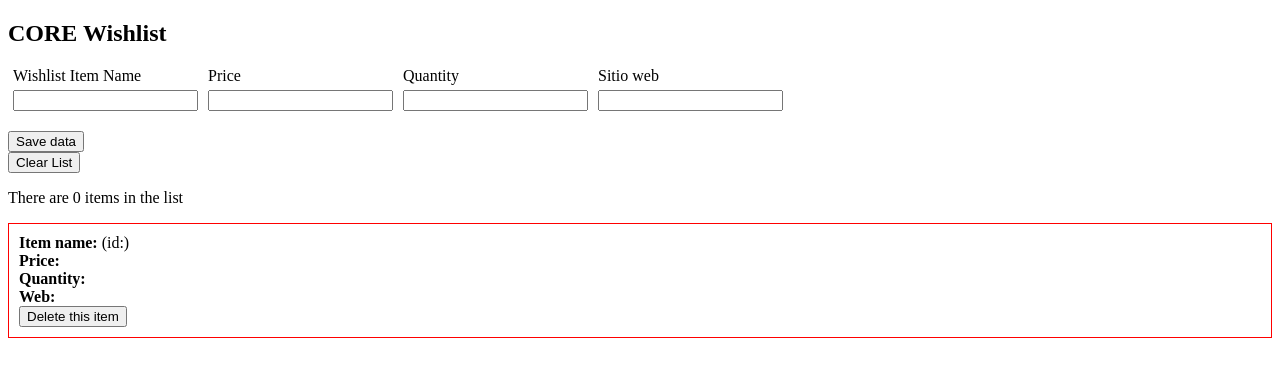
Repository: MrGPalo/pair-programming-corecode
Page: /
The author's editor kept a copy of each file at every save. The page is drawn from the files as they stood at one save, then again after the next save.
The browser window is 1280 px wide. The pictures show the whole page.
The project was rebuilt for these pictures with package versions that can differ from the ones it lists, and the page was loaded fresh each time.

Above is the page before, as saved 2022-02-08 16:38:34.

After the next save:
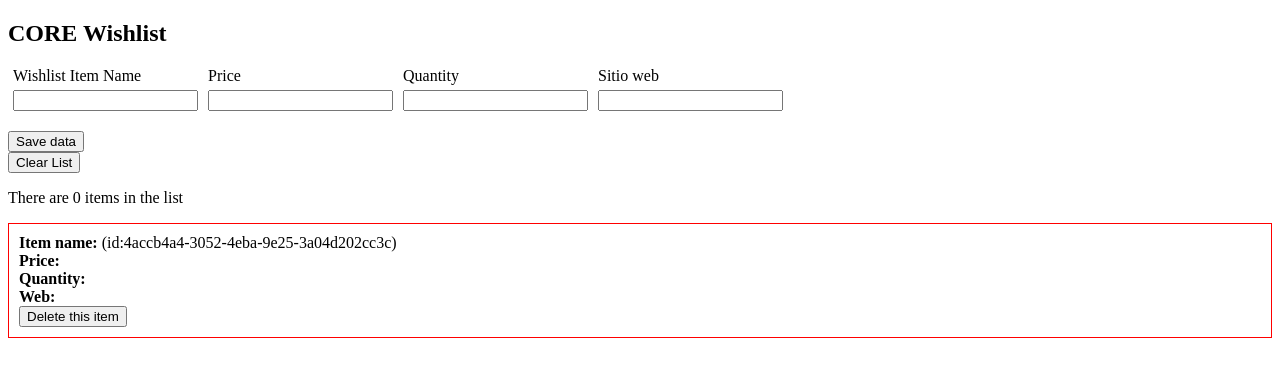
Saved 7 min 24 s later.
--- a/src/components/ItemsList.tsx
+++ b/src/components/ItemsList.tsx
@@ -15,7 +15,7 @@
   return (
     <Box>
       <p>
-        <b>Item name:</b> {item} (id:{id})
+        <b>Item name:</b> {item} (id:{(id = uuidv4())})
       </p>
       <p>
         <b>Price:</b> {price}
